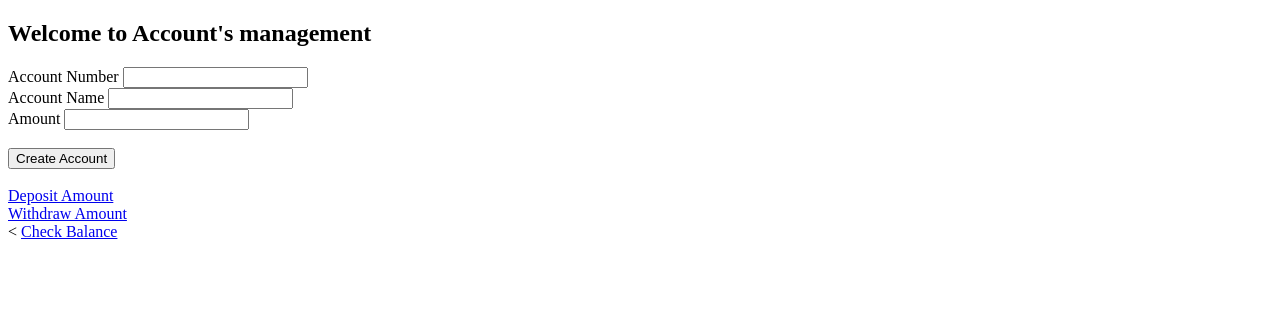
Repository: indira439/RPS_ExternalTrainingProjects
Page: http://localhost/index
An editor plug-in stored every save of this project. The page is shown before and after the next save, followed by the edit.
The browser window is 1280 px wide. The pictures show the whole page.
The page is this project's Thymeleaf template; nobody is signed in. The template is opened directly, without the code that normally fills it, so the values that code supplies are empty.

Above is the page before, as saved 2024-08-26 14:58:19.

### spring-boot-assignment/src/main/resources/templates/index.html
<!DOCTYPE html>
<html xmlns:th="http://www.thymeleaf.org">
<head>
<meta charset="UTF-8">
<title>Insert title here</title>
</head>
<body>
<h2>Welcome to Account's management</h2>
<form th:action="@{/create}" th:object="${acct}" method="post">
	<label>Account Number</label>
	<input type="number" th:field="*{accountNo}"><br/>
	<label>Account Name</label>
	<input type="text" th:field="*{accountName}"><br/>
	<label>Amount</label>
	<input type="number" th:field="*{accountBalance}"><br/>
	<br/>
	<input type="submit" value="Create Account"/><br/>
</form>
<br/>
<a href="/deposit">Deposit Amount</a><br/>
<a href="/withdraw">Withdraw Amount</a><br/><
<a href="/balance">Check Balance</a><br/>
</body>
</html>

After the next save:
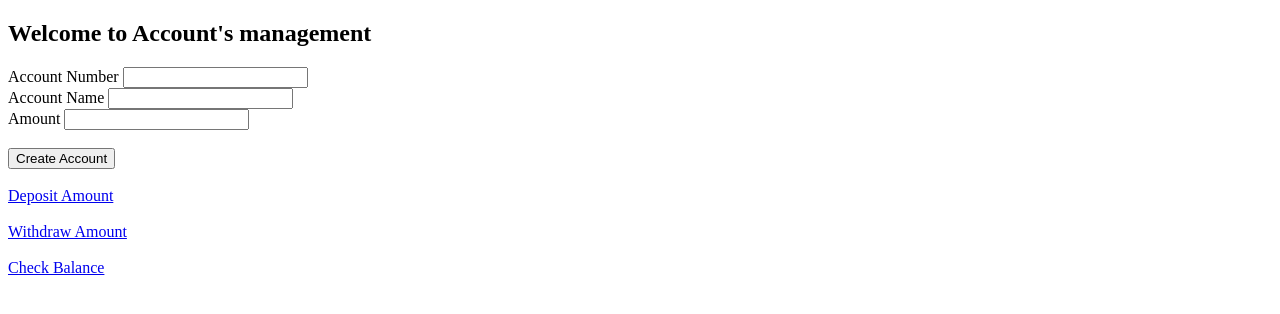
Saved 66 s later.
--- a/spring-boot-assignment/src/main/resources/templates/index.html
+++ b/spring-boot-assignment/src/main/resources/templates/index.html
@@ -18,7 +18,9 @@
 </form>
 <br/>
 <a href="/deposit">Deposit Amount</a><br/>
-<a href="/withdraw">Withdraw Amount</a><br/><
+<br/>
+<a href="/withdraw">Withdraw Amount</a><br/>
+<br/>
 <a href="/balance">Check Balance</a><br/>
 </body>
 </html>
